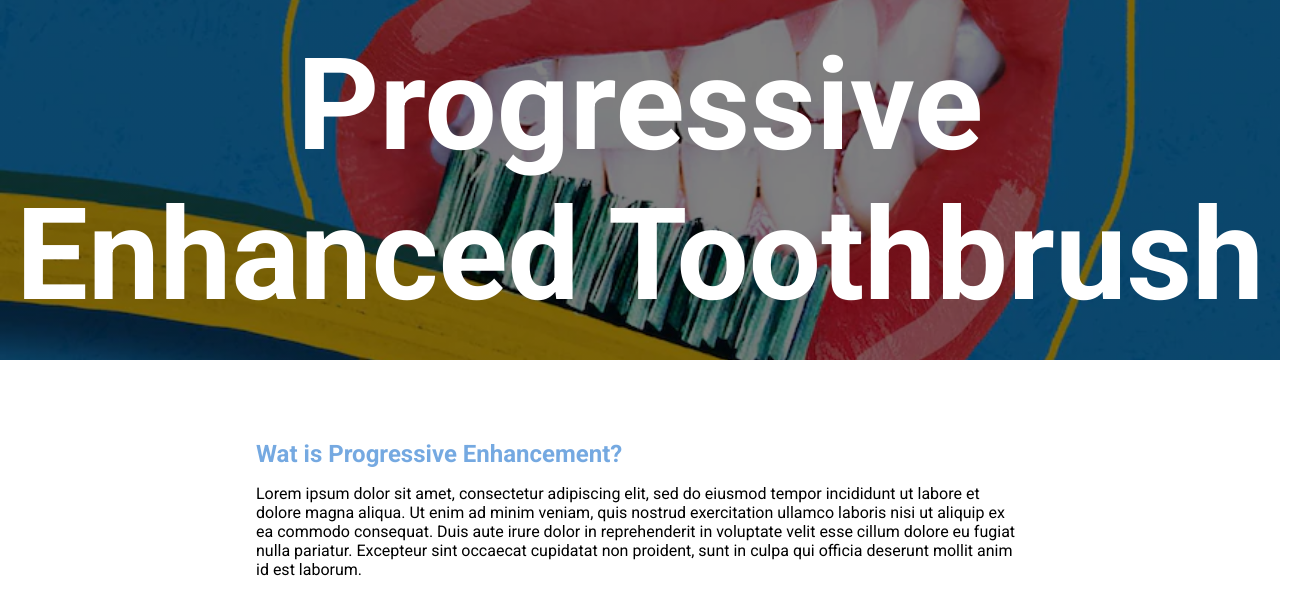
Repository: norakramer1/browser-technologies-2122
Page: progressive-enhanced-toothbrush-main/index.html
These files come from the project's save history. The page is drawn as it stood at one moment and after a run of saves; the edit follows.
The browser window is 1280 px wide. The page is 1296 px wide, then 1280 px, so the pictures cover 1296 px, including what lies to the right of the window. The pictures show the whole page.

Above is the page before, as saved 2022-03-23 12:09:19.

### progressive-enhanced-toothbrush-main/index.html
<!DOCTYPE html>
<html lang="en">
<head>
    <meta charset="UTF-8">
    <meta http-equiv="X-UA-Compatible" content="IE=edge">
    <meta name="viewport" content="width=device-width, initial-scale=1.0">
    <title>Progressive Enhanced Toothbrush</title>
    <link rel="stylesheet" href="style.css">
    <link href="https://fonts.googleapis.com/css2?family=Roboto:ital,wght@0,100;0,300;0,400;0,500;0,700;0,900;1,100;1,300;1,400;1,500;1,700;1,900&display=swap" rel="stylesheet">
</head>
<body>
    <header>
        <h1>Progressive Enhanced Toothbrush</h1>
    </header>
    <main>
        <article>
            <h2>Wat is Progressive Enhancement?</h2>
            <p>Lorem ipsum dolor sit amet, consectetur adipiscing elit, sed do eiusmod tempor incididunt ut labore et dolore magna aliqua. Ut enim ad minim veniam, quis nostrud exercitation ullamco laboris nisi ut aliquip ex ea commodo consequat. Duis aute irure dolor in reprehenderit in voluptate velit esse cillum dolore eu fugiat nulla pariatur. Excepteur sint occaecat cupidatat non proident, sunt in culpa qui officia deserunt mollit anim id est laborum.</p>
        </article>
    </main>
</body>
</html>

### progressive-enhanced-toothbrush-main/style.css
* {
    padding: 0;
    margin: 0;
    font-family: "Roboto", sans-serif;
}

header {
    background-image: linear-gradient(to bottom, rgba(0,0,0, .5), rgba(0,0,0, .5)),
    url('img/header.webp');
    background-size: cover;
    background-position: center;
    background-repeat: no-repeat;
    text-align: center;
    width: 100vw;
    height: 50vh;
    display: grid;
    place-items: center;
}

h1 {
    color: white;
    width: 100%;
    font-size: 10vw;
    padding: 0 1rem;
}

main {
    padding: 5rem 20vw;
}

h2 {
    color: #75A9E1;
    margin-bottom: 1rem;
}

After the next 2 saves:
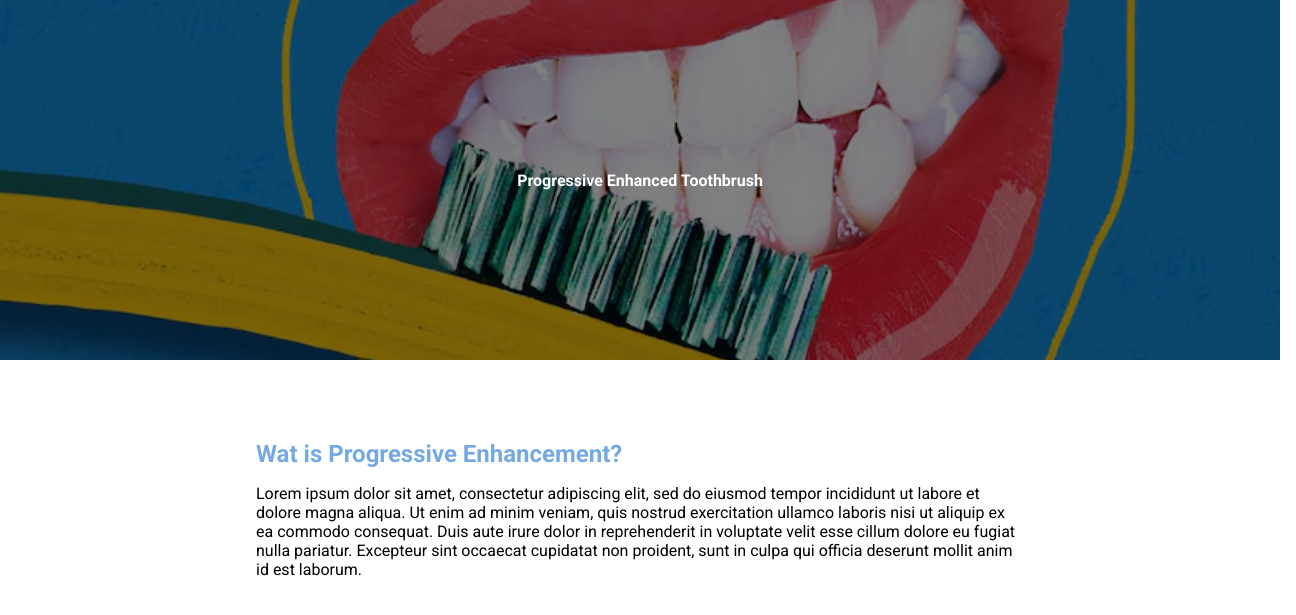
The 2 saves are shown as one change because they came seconds apart.
The last was saved 8 s later.
--- a/progressive-enhanced-toothbrush-main/style.css
+++ b/progressive-enhanced-toothbrush-main/style.css
@@ -19,8 +19,7 @@ header {
 
 h1 {
     color: white;
-    width: 100%;
-    font-size: 10vw;
+    font-size: 100%;
     padding: 0 1rem;
 }
 
